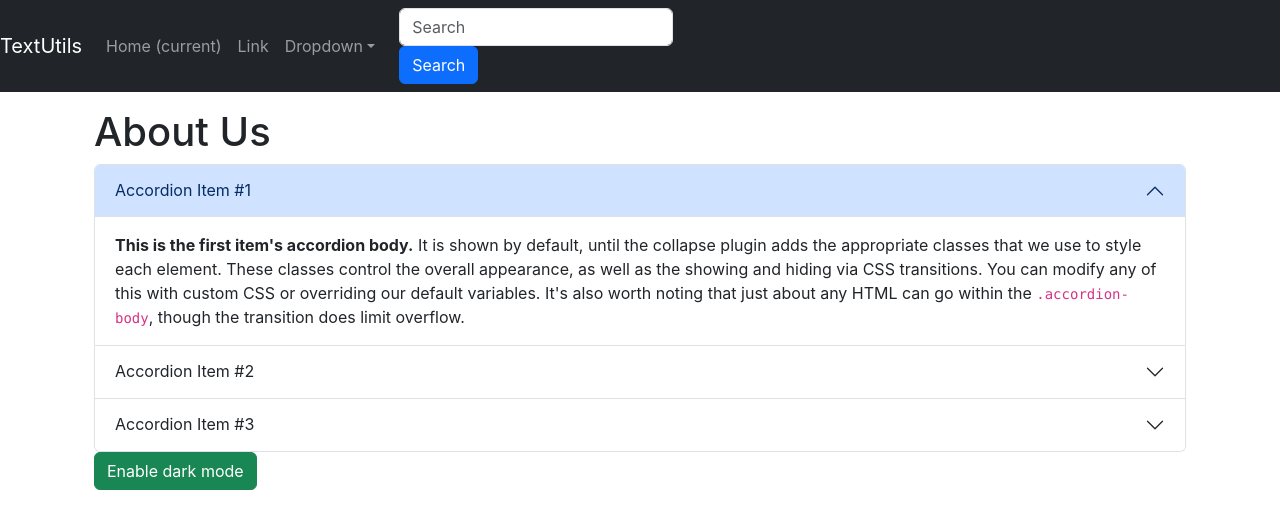
Repository: Aastha1035/React.navbar
Page: /
An editor plug-in stored every save of this project. The page is shown before and after the next save, followed by the edit.
The browser window is 1280 px wide. The pictures show the whole page.
The project was rebuilt for these pictures with package versions that can differ from the ones it lists, and the page was loaded fresh each time. Also part of the build but not shown: src/App.css.

Above is the page before, as saved 2024-07-17 16:59:18.

### public/index.html
<!DOCTYPE html>
<html lang="en">
  <head>
    <meta charset="utf-8" />
    <link rel="icon" href="%PUBLIC_URL%/favicon.ico" />
    <meta name="viewport" content="width=device-width, initial-scale=1" />
    <meta name="theme-color" content="#000000" />
    <meta
      name="description"
      content="Web site created using create-react-app"
    />
    <link rel="apple-touch-icon" href="%PUBLIC_URL%/logo192.png" />
    <!--
      manifest.json provides metadata used when your web app is installed on a
      user's mobile device or desktop. See https://developers.google.com/web/fundamentals/web-app-manifest/
    -->
    <link rel="manifest" href="%PUBLIC_URL%/manifest.json" />
    <!--
      Notice the use of %PUBLIC_URL% in the tags above.
      It will be replaced with the URL of the `public` folder during the build.
      Only files inside the `public` folder can be referenced from the HTML.

      Unlike "/favicon.ico" or "favicon.ico", "%PUBLIC_URL%/favicon.ico" will
      work correctly both with client-side routing and a non-root public URL.
      Learn how to configure a non-root public URL by running `npm run build`.
    -->
    <link href="https://cdn.jsdelivr.net/npm/bootstrap@5.3.3/dist/css/bootstrap.min.css" rel="stylesheet" integrity="sha384-QWTKZyjpPEjISv5WaRU9OFeRpok6YctnYmDr5pNlyT2bRjXh0JMhjY6hW+ALEwIH" crossorigin="anonymous">
    <title>React App</title>
  </head>
  <body>
    <noscript>You need to enable JavaScript to run this app.</noscript>
    <div id="root"></div>
    <!--
      This HTML file is a template.
      If you open it directly in the browser, you will see an empty page.

      You can add webfonts, meta tags, or analytics to this file.
      The build step will place the bundled scripts into the <body> tag.

      To begin the development, run `npm start` or `yarn start`.
      To create a production bundle, use `npm run build` or `yarn build`.
    -->
    <script src="https://cdn.jsdelivr.net/npm/bootstrap@5.3.3/dist/js/bootstrap.bundle.min.js"
    integrity="sha384-YvpcrYf0tY3lHB60NNkmXc5s9fDVZLESaAA55NDzOxhy9GkcIdslK1eN7N6jIeHz"
    crossorigin="anonymous"></script>
  </body>
</html>

### src/App.js

import './App.css';
import About from './components/About';
import Navbar from './components/Navbar';
//import Textform from './components/Textform';

function App() {
  return (
    <>
   < Navbar title="TextUtils"/>
   <div className="container my-3">
   {/*<Textform heading="Enter the text to analyse"/>*/}
   <About/>
   </div>

  </>
  );
}

export default App;

### src/components/About.js
import React from 'react'

export default function About() {
  return (
    <div className='container'>
            <h1>About Us</h1>
        <div class="accordion" id="accordionExample">
    <div class="accordion-item">
        <h2 class="accordion-header" id="headingOne">
        <button class="accordion-button" type="button" data-bs-toggle="collapse" data-bs-target="#collapseOne" aria-expanded="true" aria-controls="collapseOne">
            Accordion Item #1
        </button>
        </h2>
        <div id="collapseOne" class="accordion-collapse collapse show" aria-labelledby="headingOne" data-bs-parent="#accordionExample">
        <div class="accordion-body">
            <strong>This is the first item's accordion body.</strong> It is shown by default, until the collapse plugin adds the appropriate classes that we use to style each element. These classes control the overall appearance, as well as the showing and hiding via CSS transitions. You can modify any of this with custom CSS or overriding our default variables. It's also worth noting that just about any HTML can go within the <code>.accordion-body</code>, though the transition does limit overflow.
        </div>
        </div>
    </div>
    <div class="accordion-item">
        <h2 class="accordion-header" id="headingTwo">
        <button class="accordion-button collapsed" type="button" data-bs-toggle="collapse" data-bs-target="#collapseTwo" aria-expanded="false" aria-controls="collapseTwo">
            Accordion Item #2
        </button>
        </h2>
        <div id="collapseTwo" class="accordion-collapse collapse" aria-labelledby="headingTwo" data-bs-parent="#accordionExample">
        <div class="accordion-body">
            <strong>This is the second item's accordion body.</strong> It is hidden by default, until the collapse plugin adds the appropriate classes that we use to style each element. These classes control the overall appearance, as well as the showing and hiding via CSS transitions. You can modify any of this with custom CSS or overriding our default variables. It's also worth noting that just about any HTML can go within the <code>.accordion-body</code>, though the transition does limit overflow.
        </div>
        </div>
    </div>
    <div class="accordion-item">
        <h2 class="accordion-header" id="headingThree">
        <button class="accordion-button collapsed" type="button" data-bs-toggle="collapse" data-bs-target="#collapseThree" aria-expanded="false" aria-controls="collapseThree">
            Accordion Item #3
        </button>
        </h2>
        <div id="collapseThree" class="accordion-collapse collapse" aria-labelledby="headingThree" data-bs-parent="#accordionExample">
        <div class="accordion-body">
            <strong>This is the third item's accordion body.</strong> It is hidden by default, until the collapse plugin adds the appropriate classes that we use to style each element. These classes control the overall appearance, as well as the showing and hiding via CSS transitions. You can modify any of this with custom CSS or overriding our default variables. It's also worth noting that just about any HTML can go within the <code>.accordion-body</code>, though the transition does limit overflow.
        </div>
        </div>
    </div>
</div>
    <button type="button" class="btn btn-success">Enable dark mode</button>

    </div>
  )
}

### src/components/Navbar.js
import React from 'react'

export default function Navbar(props) {
  return (
    <nav className="navbar navbar-expand-lg navbar-dark bg-dark">
  <a className="navbar-brand" href="#">{props.title}</a>
  <button className="navbar-toggler" type="button" data-toggle="collapse" data-target="#navbarSupportedContent" aria-controls="navbarSupportedContent" aria-expanded="false" aria-label="Toggle navigation">
    <span className="navbar-toggler-icon"></span>
  </button>

  <div className="collapse navbar-collapse" id="navbarSupportedContent">
    <ul className="navbar-nav mr-auto">
      <li className="nav-item active">
        <a className="nav-link" href="#">Home <span className="sr-only">(current)</span></a>
      </li>
      <li className="nav-item">
        <a className="nav-link" href="#">Link</a>
      </li>
      <li className="nav-item dropdown">
        <a className="nav-link dropdown-toggle" href="#" id="navbarDropdown" role="button" data-toggle="dropdown" aria-haspopup="true" aria-expanded="false">
          Dropdown
        </a>
        <div className="dropdown-menu" aria-labelledby="navbarDropdown">
          <a className="dropdown-item" href="#">Action</a>
          <a className="dropdown-item" href="#">Another action</a>
          <div className="dropdown-divider"></div>
          <a className="dropdown-item" href="#">Something else here</a>
        </div>
      </li>
      <li className="nav-item">
        <a className="nav-link disabled" href="#">{props.aboutText}</a>
      </li>
    </ul>
    <form className="form-inline my-2 my-lg-0">
      <input className="form-control mr-sm-5" type="search" placeholder="Search" aria-label="Search"/>
      <button className="btn btn-primary my-2 my-sm-0" type="submit">Search</button>
    </form>
  </div>
</nav>
  )
}

Loaded but not shown: src/index.js (common file); src/index.css (common file); src/reportWebVitals.js (common file)

After the next save:
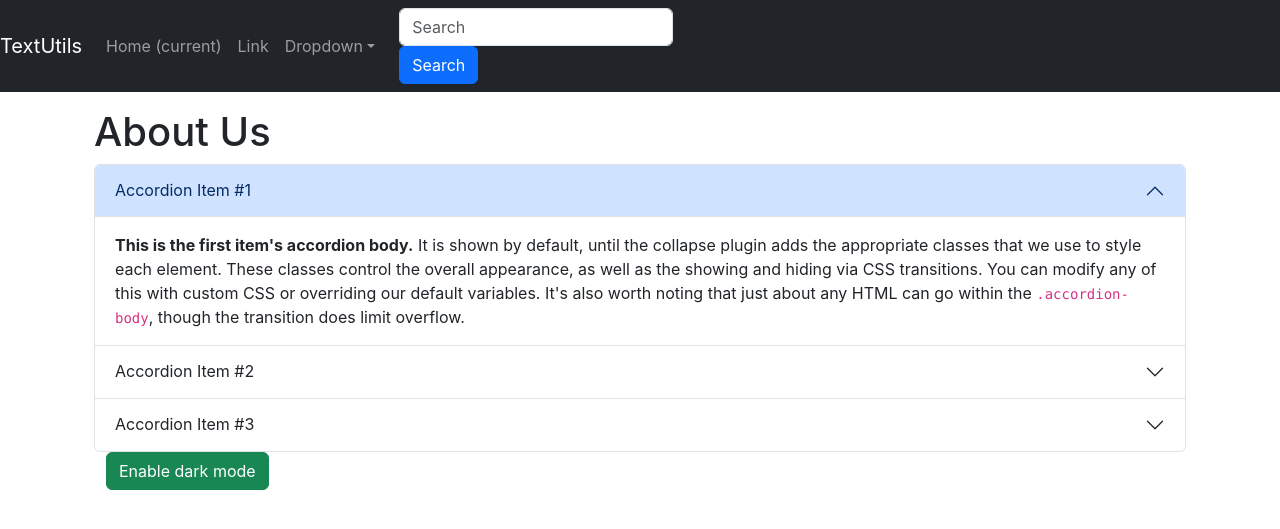
Saved 65 s later.
--- a/src/components/About.js
+++ b/src/components/About.js
@@ -42,7 +42,10 @@ export default function About() {
         </div>
     </div>
 </div>
-    <button type="button" class="btn btn-success">Enable dark mode</button>
+    <div className="container">
+        <button type="button" class="btn btn-success">Enable dark mode</button>
+    </div>
+
 
     </div>
   )
